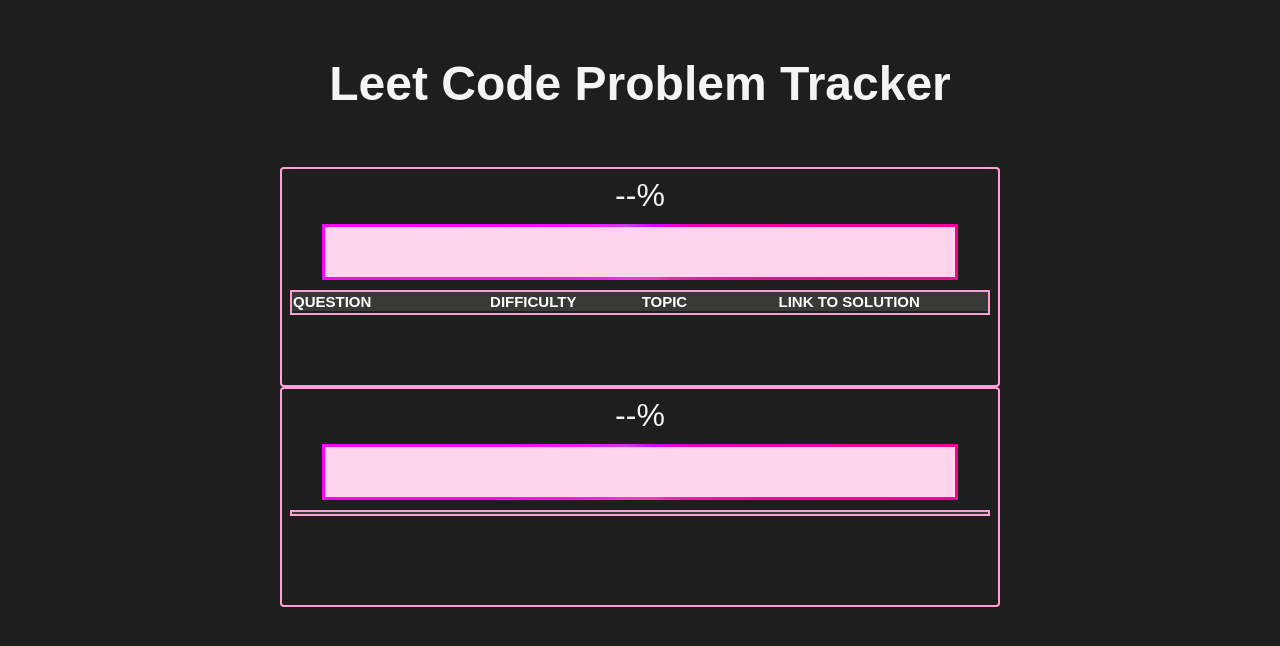
Repository: bbrockbrown/leet-code-tracker
Page: index.html
The author's editor kept a copy of each file at every save. The page is drawn from the files as they stood at one save, then again after the next save.
The browser window is 1280 px wide. The pictures show the whole page.

Above is the page before, as saved 2024-07-28 17:19:34.

### index.html
<!DOCTYPE html>
<html lang="en">
<head>
    <meta charset="UTF-8">
    <meta name="viewport" content="width=device-width, initial-scale=1.0">
    <link rel="stylesheet" href="styles.css">
    <script>src="script.js"</script>
    <title>Document</title>
</head>
<body>
    <div class="main">
        <h1 id="header">Leet Code Problem Tracker</h1>
    </div>

    <div class="tracking-container">
        <!-- Have some script grab random leet code problems daily -->
        <div class="todo-tracking">
            <div class="todo-percent">--%</div>
            <div class="progressbar" id="todo-bar"> <!--% Container for progressbar --> </div>
            <table>
                <tbody>
                    <tr>
                        <th>Question</th>
                        <th>Difficulty</th>
                        <th>Topic</th>
                        <th>Link to Solution</th>
                    </tr>

                    <tr>
                        <td></td>
                        <td></td>
                        <td></td>
                    </tr>
                </tbody>
            </table>
        </div>

        <!-- Brings to page with links to completed problems, area to write
         notes about how it was solved, topics used, etc-->
        <div class="completed-tracking">
            <div class="completed-percent">--%</div>
            <div class="progressbar" id="completed-bar"> <!--% Container for progressbar --> </div>
            <table>
                <tbody>
                    <tr>
                        <th></th>
                        <th></th>
                        <th></th>
                    </tr>
                </tbody>
            </table>
        </div>
    </div>
</body>
</html>

### styles.css
:root {
    --tracking-border-color: rgb(255, 159, 213);
}

@keyframes rotate {
	to {
		--angle: 360deg;
	}
}

@property --angle {
  syntax: '<angle>';
  initial-value: 0deg;
  inherits: false;
}

head {
    display: none;
}

body {
    font-family: Arial, sans-serif;
    background: #1e1e1e;
    margin: 0;
    padding: 0;
    color: #f4f4f4;
    overflow: hidden;
    font-size: 90%;
}

.main {
    display: flex;
    flex-flow: column;
    justify-content: center;
    align-items: center;
    padding: 24px;
}

#header {
    font-size: 48px;
}

.tracking-container {
    display: flex;
    flex-flow: row wrap;
    align-items: center;
    justify-content: space-evenly;
}

.todo-tracking, .completed-tracking {
    border: 2px solid var(--tracking-border-color);
    border-radius: 4px;
    font-size: 32px;
    text-align: center;
    box-shadow: 8px rgb(255, 159, 213, 0.8);
    height: 200px;
    width: 700px;
    padding: 8px;
}

.todo-tracking:hover, .completed-tracking:hover {
    filter: brightness(85%);
}

/* progress bar fills more as more complete */
.progressbar {
    width: 90%;
    height: 50px;
    border-radius: 8px;
    background-color: rgb(255, 212, 236);
    margin: 10px auto;
    --angle: 0deg;
    /* FOR FUTURE: make it so user can change border gradient */
    --very-pink: rgb(249, 0, 141);
    --pink: rgb(233, 58, 183);
    --pinkish-purple: rgb(233, 58, 210);
    --magenta: magenta;
    --purple: rgb(213, 58, 233);
    --very-purple: rgb(212, 0, 255);
	border: 3px solid;
	border-image: conic-gradient(from var(--angle), var(--very-pink), var(--pink), var(--pinkish-purple), var(--magenta), var(--purple), var(--very-purple), var(--very-pink)) 1;
	animation: 4s rotate linear infinite;
}

table {
    width: 100%;
    margin: 0 auto;
    display: table;
    border-collapse: collapse;
    transition: box-shadow 0.3s ease-in-out;
    border: 2px solid var(--tracking-border-color);
    border-radius: 10px;
    box-shadow: #1e1e1e;
}

tbody {
    display: table-row-group;
    vertical-align: middle;
    unicode-bidi: isolate;
    border-color: inherit;
    font-size: 15px;
}

tr {
    display: table-row;
    vertical-align: inherit;
    unicode-bidi: isolate;
    border-color: inherit;
}

th {
    color: white;
    text-transform: uppercase;
    background-color: #373a37;
}

th:first-child, td:first-child {
    text-align: left;
}

After the next save:
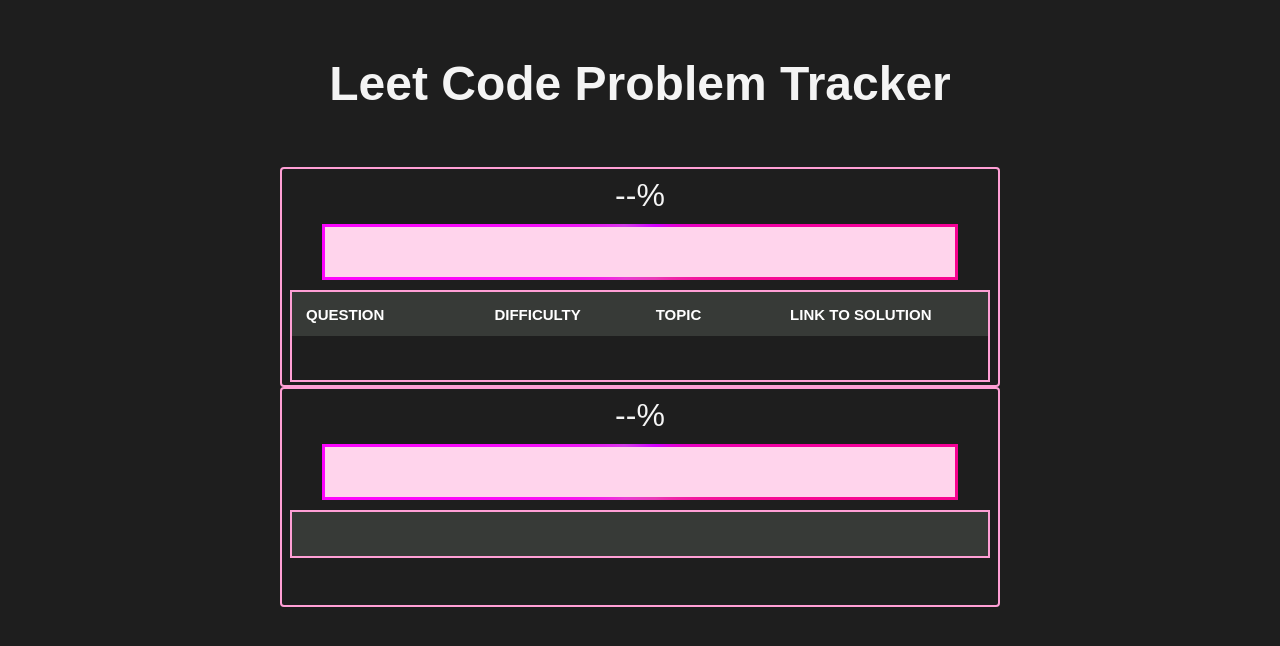
Saved 66 s later.
--- a/styles.css
+++ b/styles.css
@@ -117,3 +117,11 @@ th {
 th:first-child, td:first-child {
     text-align: left;
 }
+
+th, td {
+    padding: 8px 14px;
+    transition: background-color 0.5s;
+    height: 28px;
+    border: 0px;
+    white-space: nowrap;
+}
